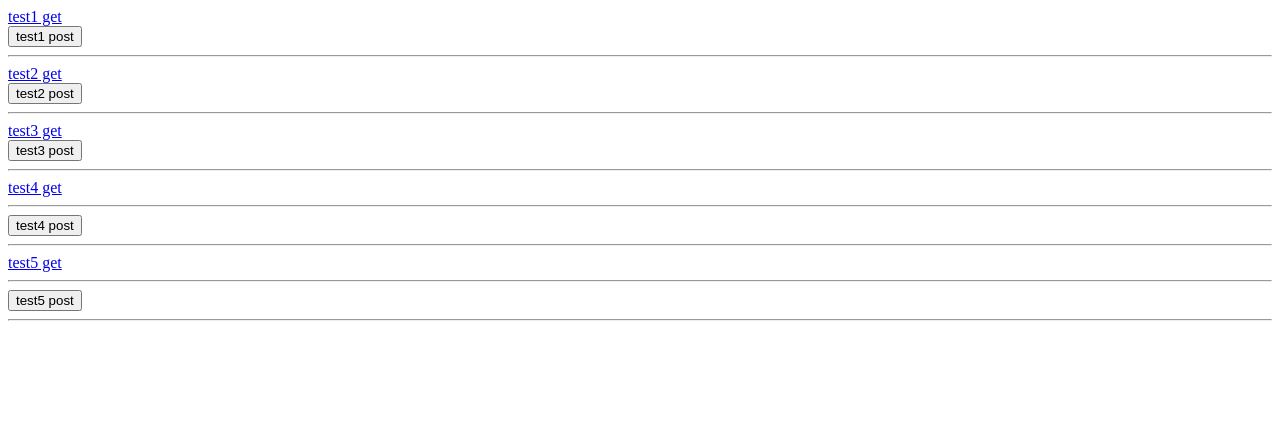
Repository: heojun0827/SpringMvc
Page: http://localhost/RequestMethod/WEB-INF/views/index.jsp
The author's editor kept a copy of each file at every save. The page is drawn from the files as they stood at one save, then again after a run of saves.
The browser window is 1280 px wide. The pictures show the whole page.
The page is served by Tomcat 9. Nobody is signed in. The template is opened directly, without the code that normally fills it, so the values that code supplies are empty.

Above is the page before, as saved 2023-06-05 05:48:52.

After the next 2 saves:
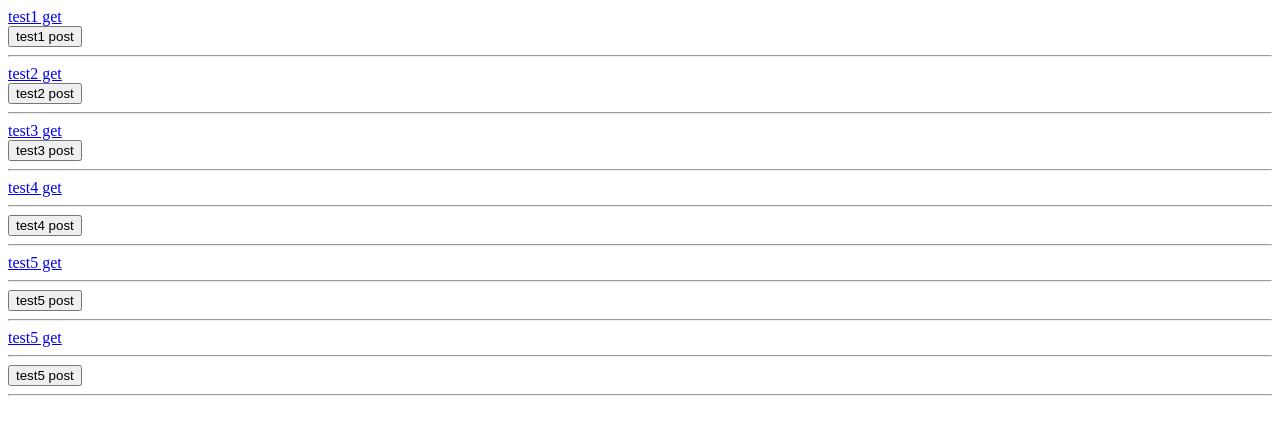
The 2 saves are shown as one change because they came seconds apart.
The last was saved 19 s later.
--- a/RequestMethod/WebContent/WEB-INF/views/index.jsp
+++ b/RequestMethod/WebContent/WEB-INF/views/index.jsp
@@ -31,5 +31,10 @@
 	<form action='test5' method='post'>
 			<button type='submit'>test5 post</button>
 		</form><hr>
+
+		<a href='test6'>test5 get</a><hr>
+	<form action='test5' method='post'>
+			<button type='submit'>test5 post</button>
+		</form><hr>
 </body>
 </html>
